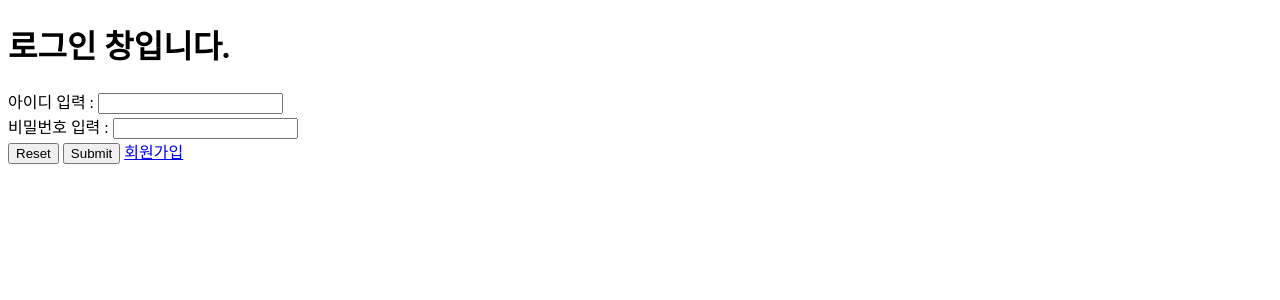
Repository: jungreul97/jsp_pracitce
Page: http://localhost/JSPBasic/JspObject/1.requests/req_login_form.jsp
An editor plug-in stored every save of this project. The page is shown before and after the next save, followed by the edit.
The browser window is 1280 px wide. The pictures show the whole page.
The page is served by Tomcat 9.

Above is the page before, as saved 2022-02-04 01:31:17.

### JSPBasic/src/main/webapp/JspObject/1.requests/req_login_form.jsp
<%@ page language="java" contentType="text/html; charset=UTF-8"
    pageEncoding="UTF-8"%>
<!DOCTYPE html>
<html>
<head>
<meta charset="UTF-8">
<title>Insert title here</title>
</head>
<body>
	<h1>로그인 창입니다.</h1>
	<form action = "req_login_result.jsp">
		아이디 입력 :
		<input type = "text" name = "id"><br/>
		비밀번호 입력 :
		<input type = "password" name = "pw"><br/>
		<input type = "reset">
		<input type = "submit">
		<a href = "#">회원가입</a>
	</form>
</body>
</html>

After the next save:
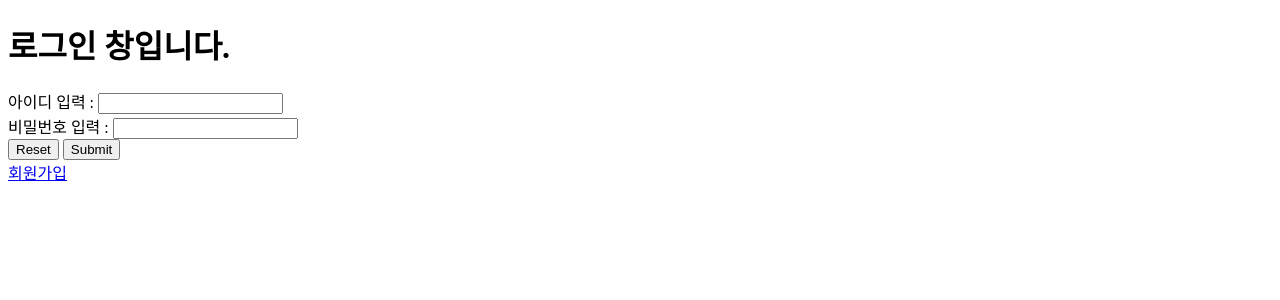
Saved 18 s later.
--- a/JSPBasic/src/main/webapp/JspObject/1.requests/req_login_form.jsp
+++ b/JSPBasic/src/main/webapp/JspObject/1.requests/req_login_form.jsp
@@ -14,7 +14,7 @@
 		비밀번호 입력 :
 		<input type = "password" name = "pw"><br/>
 		<input type = "reset">
-		<input type = "submit">
+		<input type = "submit"><br/>
 		<a href = "#">회원가입</a>
 	</form>
 </body>
